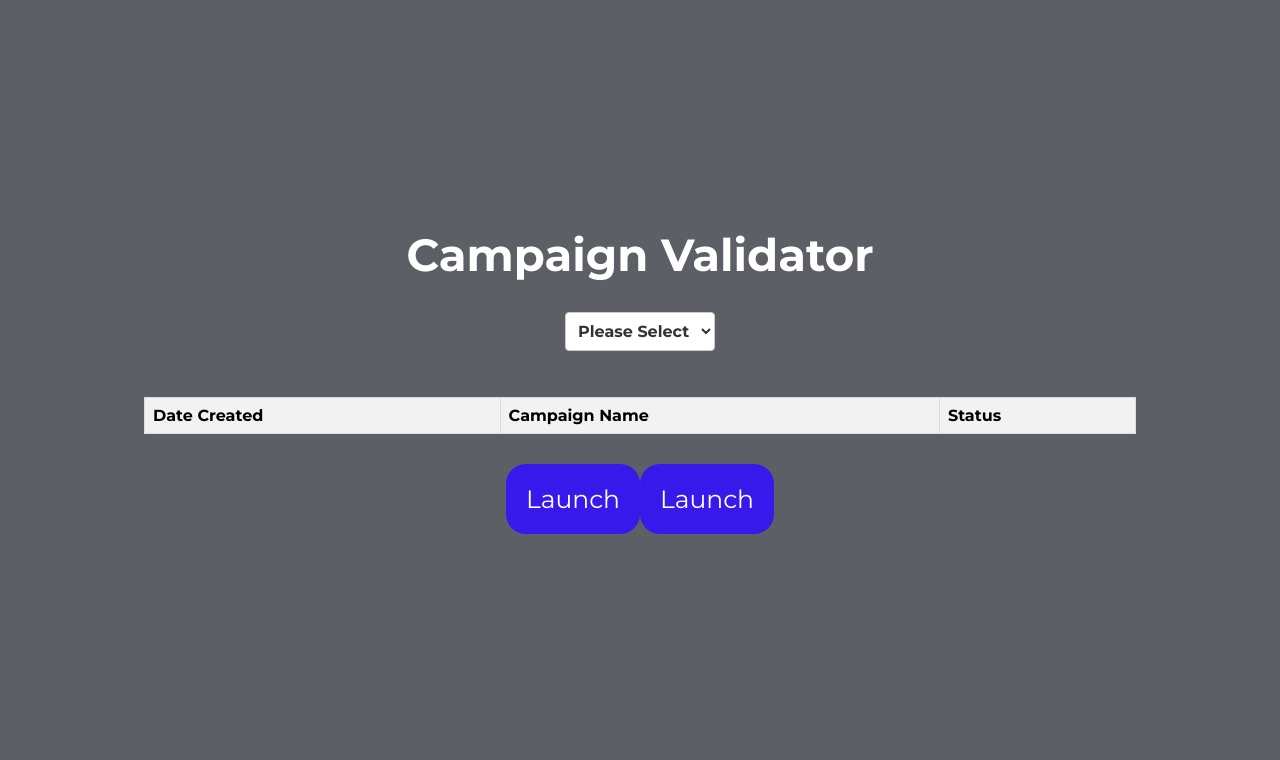
Repository: AbApin/project
Page: / (app in frontend/)
An editor plug-in stored every save of this project. The page is shown before and after a run of saves, followed by the edit.
The browser window is 1280 px wide. The pictures show the whole page.
The page's requests for data from a server got no answer. The project was rebuilt for these pictures with package versions that can differ from the ones it lists, and the page was loaded fresh each time. No one was signed in, and anything a server would have sent is missing. Also part of the build but not shown: frontend/vue.config.js.

Above is the page before, as saved 2023-02-22 11:56:08.

### frontend/public/index.html
<!DOCTYPE html>
<html lang="">
  <head>
    <meta charset="utf-8" />
    <meta http-equiv="X-UA-Compatible" content="IE=edge" />
    <meta name="viewport" content="width=device-width,initial-scale=1.0" />
    <link rel="icon" href="<%= BASE_URL %>favicon.ico" />
    <title><%= htmlWebpackPlugin.options.title %></title>
    <link
      href="https://fonts.googleapis.com/css?family=Montserrat:100,200,300,regular,500,600,700,800,900,100italic,200italic,300italic,italic,500italic,600italic,700italic,800italic,900italic"
      rel="stylesheet"
    />
  </head>
  <body>
    <noscript>
      <strong
        >We're sorry but <%= htmlWebpackPlugin.options.title %> doesn't work properly without
        JavaScript enabled. Please enable it to continue.</strong
      >
    </noscript>
    <div id="app"></div>
    <!-- built files will be auto injected -->
  </body>
</html>

### frontend/src/App.vue
<template>
  <div id="app">
    <h1 class="appTitle">Campaign Validator</h1>
    <CampaignList @selected-campaign="handleCampaignSelected" />
    <table>
      <thead>
        <tr>
          <th>Date Created</th>
          <th>Campaign Name</th>
          <th>Status</th>
        </tr>
      </thead>
      <tbody>
        <tr v-for="test in tests" :key="test.id">
          <td>{{ test.date }}</td>
          <td>{{ test.campaign }}</td>
          <td :class="test.status ? 'status-passed' : 'status-failed'">
            {{ test.status ? 'Passed' : 'Failed' }}
          </td>
        </tr>
      </tbody>
    </table>
    <div class="btnsContainer">
      <button class="launchBtn" @click="createTest">launch</button>
      <button class="deleteBtn" @click="createTest">launch</button>
    </div>
  </div>
</template>

<script>
import axios from 'axios';
import CampaignList from './components/CampaignList.vue';

export default {
  components: { CampaignList },
  name: 'App',
  data() {
    return {
      selectedCampaign: '',
      tests: [],
    };
  },
  async mounted() {
    await axios
      .get('/api/tests')
      .then((response) => {
        this.tests = response.data;
      })
      .catch((error) => {
        console.log(error);
      });
  },
  methods: {
    async createTest() {
      await axios
        .post(`/api/tests/${this.selectedCampaign.name}`)
        .then((response) => {
          this.tests = response.data;
        })
        .catch((error) => {
          console.log(error);
        });
    },
    handleCampaignSelected(campaign) {
      this.selectedCampaign = campaign;
    },
  },
};
</script>

<style>
* {
  margin: 0;
  padding: 0;
  box-sizing: 0;
  font-family: 'Montserrat', sans-serif;
}
#app {
  background: #5d5f66;
  display: flex;
  align-items: center;
  justify-content: center;
  flex-direction: column;
  gap: 30px;
  padding: 20px;
  height: 100vh;
}
.appTitle {
  font-size: 45px;
  color: #fff;
}
.btnsContainer{
  d
}
.launchBtn,
.deleteBtn {
  font-size: 25px;
  text-transform: capitalize;
  padding: 20px;
  border-radius: 20px;
  border: 0;
  background: rgba(55, 25, 235, 1);
  color: #fff;
  cursor: pointer;
  transition: all 0.3s ease-in;
}
.launchBtn:hover {
  box-shadow: 0 0 10px rgba(55, 25, 235, 1);
}
select.campaignsList {
  font-size: 16px;
  font-weight: bold;
  color: #333;
  padding: 8px;
  margin-bottom: 16px;
  border: 1px solid #ccc;
  border-radius: 4px;
  background-color: #fff;
  cursor: pointer;
  transition: all 0.3s;
}

select.campaignsList:hover {
  border-color: #999;
}

select.campaignsList:focus {
  outline: none;
  border-color: #4d90fe;
  box-shadow: 0 0 0 2px rgba(77, 144, 254, 0.2);
}

.campaignOption {
  font-size: 14px;
  font-weight: normal;
}

.campaignOption:hover {
  background-color: #f2f2f2;
}

/* table */
table {
  border-collapse: collapse;
  width: 80%;
}
thead th {
  background-color: #f2f2f2;
  border: 1px solid #ddd;
  padding: 8px;
  text-align: left;
}
tbody td {
  border: 1px solid #ddd;
  padding: 8px;
}
tbody tr {
  background-color: #ddd;
}
tbody tr:hover {
  background-color: #fff;
}
.status-passed {
  color: green;
}
.status-failed {
  color: red;
}
</style>

### frontend/src/components/CampaignList.vue
<template>
  <select class="campaignsList" v-model="selectedCampaign" @input="emitSelectedCampaign">
    <option class="campaignOption" disabled value="">Please Select</option>
    <option
      class="campaignOption"
      :value="campaign"
      v-for="campaign in campaigns"
      :key="campaign.id"
    >
      {{ campaign.name }}
    </option>
  </select>
</template>

<script>
import axios from 'axios';

export default {
  name: 'CampaignList',
  data() {
    return {
      selectedCampaign: '',
      campaigns: [],
    };
  },
  async mounted() {
    await axios
      .get('/api/campaigns')
      .then((response) => {
        this.campaigns = response.data.campaigns;
      })
      .catch((error) => {
        console.log(error);
      });
  },
  methods: {
    emitSelectedCampaign() {
      this.$emit('selected-campaign', this.selectedCampaign);
    },
  },
  emits: ['selected-campaign'],
};
</script>

<style></style>

Loaded but not shown: frontend/src/main.js (common file)

After the next 3 saves:
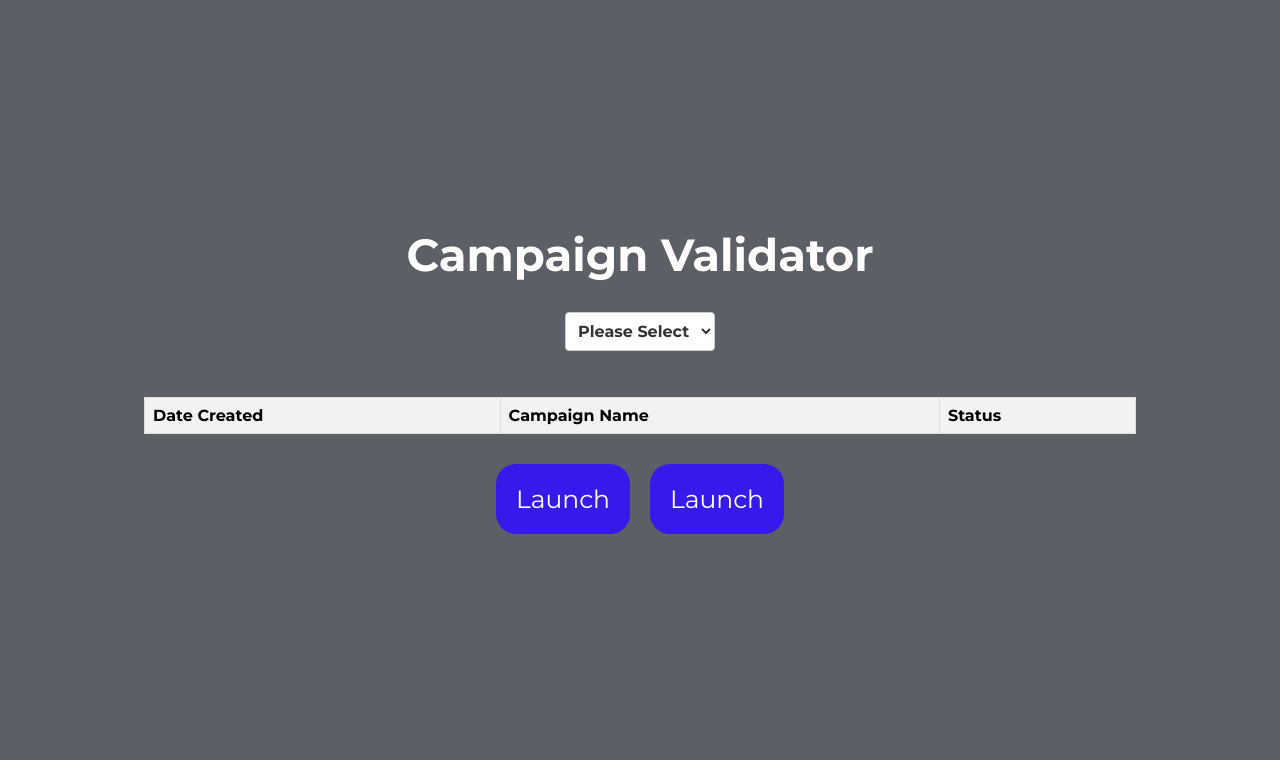
The 3 saves are shown as one change because they came seconds apart.
The last was saved 10 s later.
--- a/frontend/src/App.vue
+++ b/frontend/src/App.vue
@@ -90,7 +90,9 @@ export default {
   color: #fff;
 }
 .btnsContainer{
-  d
+  display: flex;
+  gap: 20px;
+  align-items: center;
 }
 .launchBtn,
 .deleteBtn {
